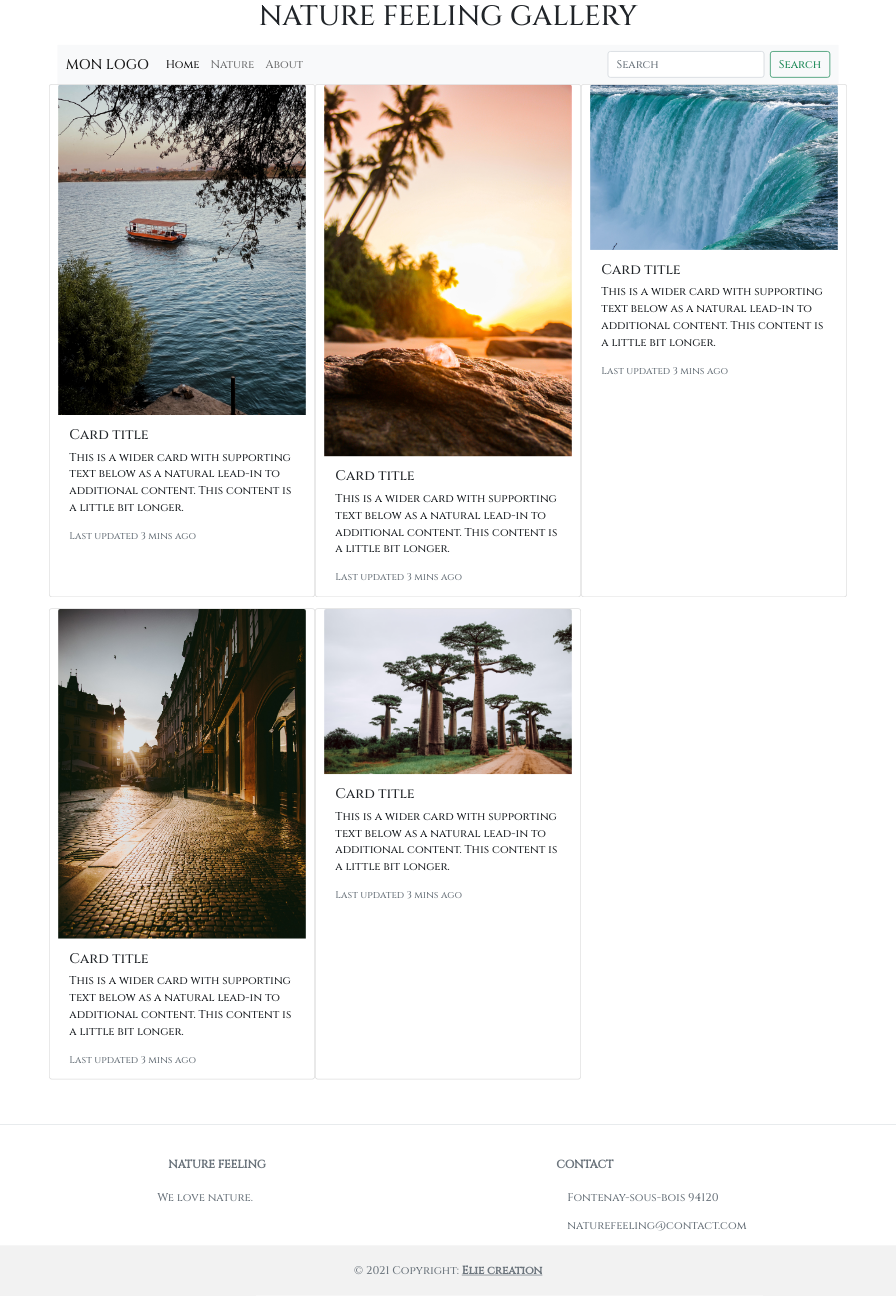
Repository: Elie-Dey/boot-start
Page: gallery.html
An editor plug-in stored every save of this project. The page is shown before and after the next save, followed by the edit.
The browser window is 1280 px wide. The pictures show the whole page, at 70% of full size.
Some web fonts or font styles are not loaded; a fallback is used.

Above is the page before, as saved 2021-08-19 18:57:03.

### gallery.html
<!DOCTYPE html>
<html lang="en">
  <head>
    <meta charset="UTF-8" />
    <meta http-equiv="X-UA-Compatible" content="IE=edge" />
    <meta name="viewport" content="width=device-width, initial-scale=1.0" />
    <link rel="stylesheet" href="style.css" />
    <link rel="preconnect" href="https://fonts.googleapis.com" />
    <link rel="preconnect" href="https://fonts.gstatic.com" crossorigin />
    <link
      href="https://fonts.googleapis.com/css2?family=Cinzel:wght@500&family=Style+Script&display=swap"
      rel="stylesheet"
    />
    <link
      href="https://cdn.jsdelivr.net/npm/bootstrap@5.1.0/dist/css/bootstrap.min.css"
      rel="stylesheet"
      integrity="sha384-KyZXEAg3QhqLMpG8r+8fhAXLRk2vvoC2f3B09zVXn8CA5QIVfZOJ3BCsw2P0p/We"
      crossorigin="anonymous"
    />
    <title>Nature gallery</title>
  </head>
  <body>
    <div class="container">
      <h1 class="titre text-center pb-2 text-uppercase">
        Nature Feeling Gallery
      </h1>
      <!--bar de navigation -->
      <nav class="navbar navbar-expand-lg navbar-light bg-light">
        <div class="container-fluid">
          <a class="navbar-brand" href="index.html">MON LOGO</a>
          <button
            class="navbar-toggler"
            type="button"
            data-bs-toggle="collapse"
            data-bs-target="#navbarSupportedContent"
            aria-controls="navbarSupportedContent"
            aria-expanded="false"
            aria-label="Toggle navigation"
          >
            <span class="navbar-toggler-icon"></span>
          </button>
          <div class="collapse navbar-collapse" id="navbarSupportedContent">
            <ul class="navbar-nav me-auto mb-2 mb-lg-0">
              <li class="nav-item">
                <a class="nav-link active" aria-current="page" href="#">Home</a>
              </li>
              <li class="nav-item">
                <a class="nav-link" href="#">Nature</a>
              </li>

              <li class="nav-item">
                <a class="nav-link" href="#" tabindex="-1" aria-disabled="true"
                  >About</a
                >
              </li>
            </ul>
            <form class="d-flex">
              <input
                class="form-control me-2"
                type="search"
                placeholder="Search"
                aria-label="Search"
              />
              <button class="btn btn-outline-success" type="submit">
                Search
              </button>
            </form>
          </div>
        </div>
      </nav>
      <!--bar de navigation -->

      <div class="row">
        <!--Images cards-->
        <div class="card mb-3 col-md-6 col-xl-4">
          <img
            src="images/ahmed-babiker-X8U9Hzxy7cE-unsplash.jpg"
            class="card-img-top"
            alt="..."
          />
          <div class="card-body">
            <h5 class="card-title">Card title</h5>
            <p class="card-text">
              This is a wider card with supporting text below as a natural
              lead-in to additional content. This content is a little bit
              longer.
            </p>
            <p class="card-text">
              <small class="text-muted">Last updated 3 mins ago</small>
            </p>
          </div>
        </div>
        <div class="card mb-3 col-md-6 col-xl-4">
          <img
            src="images/florian-wehde-_2ECGFr12LM-unsplash.jpg"
            class="card-img-top"
            alt="..."
          />
          <div class="card-body">
            <h5 class="card-title">Card title</h5>
            <p class="card-text">
              This is a wider card with supporting text below as a natural
              lead-in to additional content. This content is a little bit
              longer.
            </p>
            <p class="card-text">
              <small class="text-muted">Last updated 3 mins ago</small>
            </p>
          </div>
        </div>
        <div class="card mb-3 col-md-6 col-xl-4">
          <img
            src="images/vince-veras-4xzIo1d5esI-unsplash.jpg"
            class="card-img-top"
            alt="..."
          />
          <div class="card-body">
            <h5 class="card-title">Card title</h5>
            <p class="card-text">
              This is a wider card with supporting text below as a natural
              lead-in to additional content. This content is a little bit
              longer.
            </p>
            <p class="card-text">
              <small class="text-muted">Last updated 3 mins ago</small>
            </p>
          </div>
        </div>
        <div class="card mb-3 col-md-6 col-xl-4">
          <img
            src="images/kevin-andre-9Q1t_docbak-unsplash.jpg"
            class="card-img-top"
            alt="..."
          />
          <div class="card-body">
            <h5 class="card-title">Card title</h5>
            <p class="card-text">
              This is a wider card with supporting text below as a natural
              lead-in to additional content. This content is a little bit
              longer.
            </p>
            <p class="card-text">
              <small class="text-muted">Last updated 3 mins ago</small>
            </p>
          </div>
        </div>
        <div class="card mb-3 col-md-6 col-xl-4">
          <img
            src="images/graphic-node-yPSbirjJWzs-unsplash.jpg"
            class="card-img-top"
            alt="..."
          />
          <div class="card-body">
            <h5 class="card-title">Card title</h5>
            <p class="card-text">
              This is a wider card with supporting text below as a natural
              lead-in to additional content. This content is a little bit
              longer.
            </p>
            <p class="card-text">
              <small class="text-muted">Last updated 3 mins ago</small>
            </p>
          </div>
        </div>

        <!--Images cards-->
      </div>
    </div>

    <!-- Footer -->
    <footer class="text-center text-lg-start bg-white text-muted">
      <!-- Section: Social media -->
      <section
        class="
          d-flex
          justify-content-center justify-content-lg-between
          p-4
          border-bottom
        "
      ></section>
      <!-- Section: Social media -->

      <!-- Section: Links  -->
      <section class="">
        <div class="container text-center text-md-start mt-5">
          <!-- Grid row -->
          <div class="row mt-3">
            <!-- Grid column -->
            <div class="col-md-3 col-lg-4 col-xl-3 mx-auto mb-4">
              <!-- Content -->
              <h6 class="text-uppercase fw-bold mb-4">
                <i class="fas fa-gem me-3"></i>Nature Feeling
              </h6>
              <p>We love nature.</p>
            </div>

            <!-- Grid column -->
            <div class="col-md-4 col-lg-3 col-xl-3 mx-auto mb-md-0 mb-4">
              <!-- Links -->
              <h6 class="text-uppercase fw-bold mb-4">Contact</h6>
              <p><i class="fas fa-home me-3"></i> Fontenay-sous-bois 94120</p>
              <p>
                <i class="fas fa-envelope me-3"></i>
                naturefeeling@contact.com
              </p>
            </div>
            <!-- Grid column -->
          </div>
          <!-- Grid row -->
        </div>
      </section>
      <!-- Section: Links  -->

      <!-- Copyright -->
      <div
        class="text-center p-4"
        style="background-color: rgba(0, 0, 0, 0.05)"
      >
        © 2021 Copyright:
        <a class="text-reset fw-bold" href="">Elie creation</a>
      </div>
      <!-- Copyright -->
    </footer>
    <!-- Footer -->

    <script
      src="https://cdn.jsdelivr.net/npm/bootstrap@5.1.0/dist/js/bootstrap.bundle.min.js"
      integrity="sha384-U1DAWAznBHeqEIlVSCgzq+c9gqGAJn5c/t99JyeKa9xxaYpSvHU5awsuZVVFIhvj"
      crossorigin="anonymous"
    ></script>
  </body>
</html>

### style.css
.titre {
  font-family: "Cinzel", serif;
}

* {
  font-family: "Cinzel", serif;
}

.card {
  margin-top: 50px;
}

After the next save:
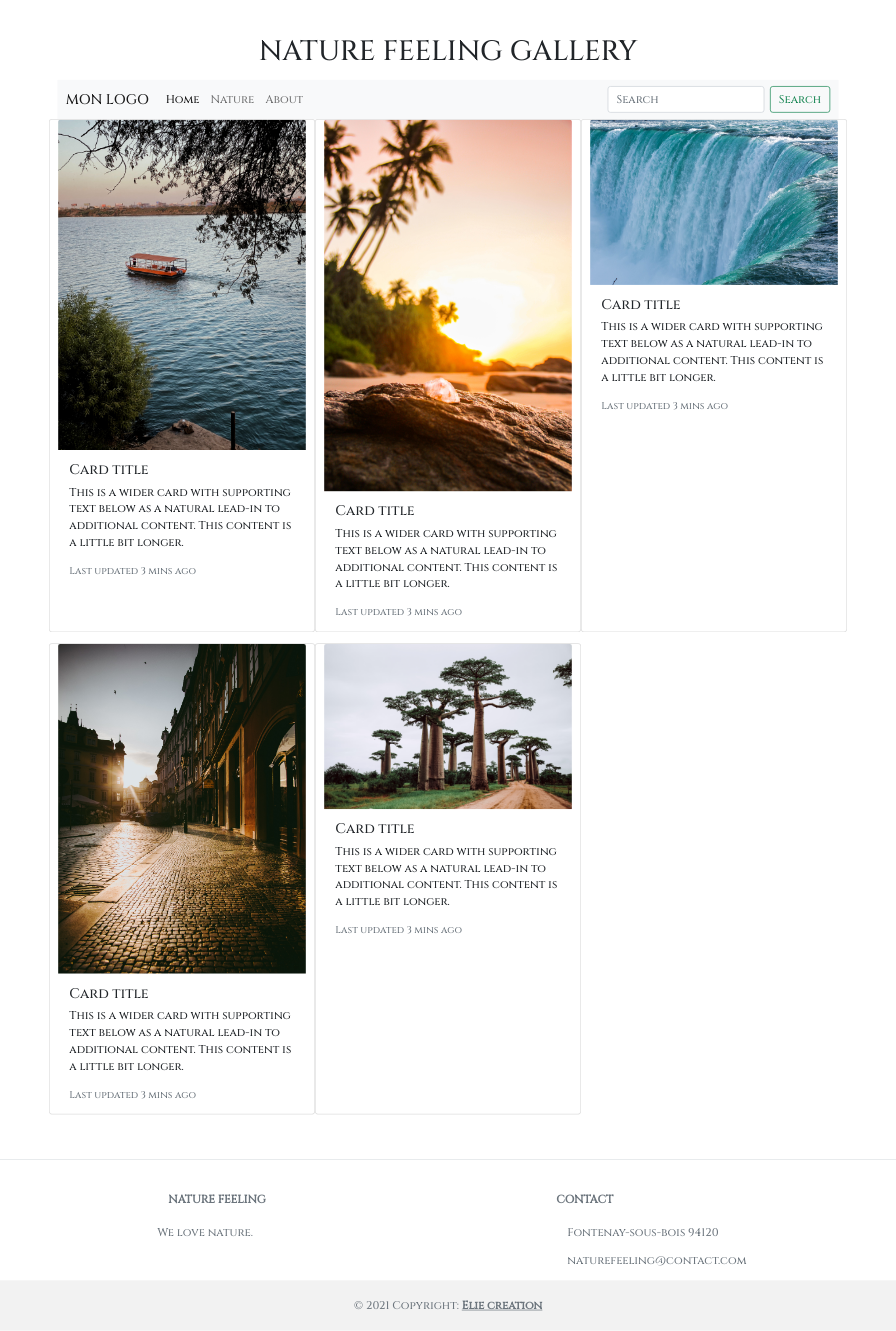
Saved 20 s later.
--- a/style.css
+++ b/style.css
@@ -1,11 +1,8 @@
 .titre {
   font-family: "Cinzel", serif;
+  margin-top: 50px;
 }
 
 * {
   font-family: "Cinzel", serif;
 }
-
-.card {
-  margin-top: 50px;
-}
